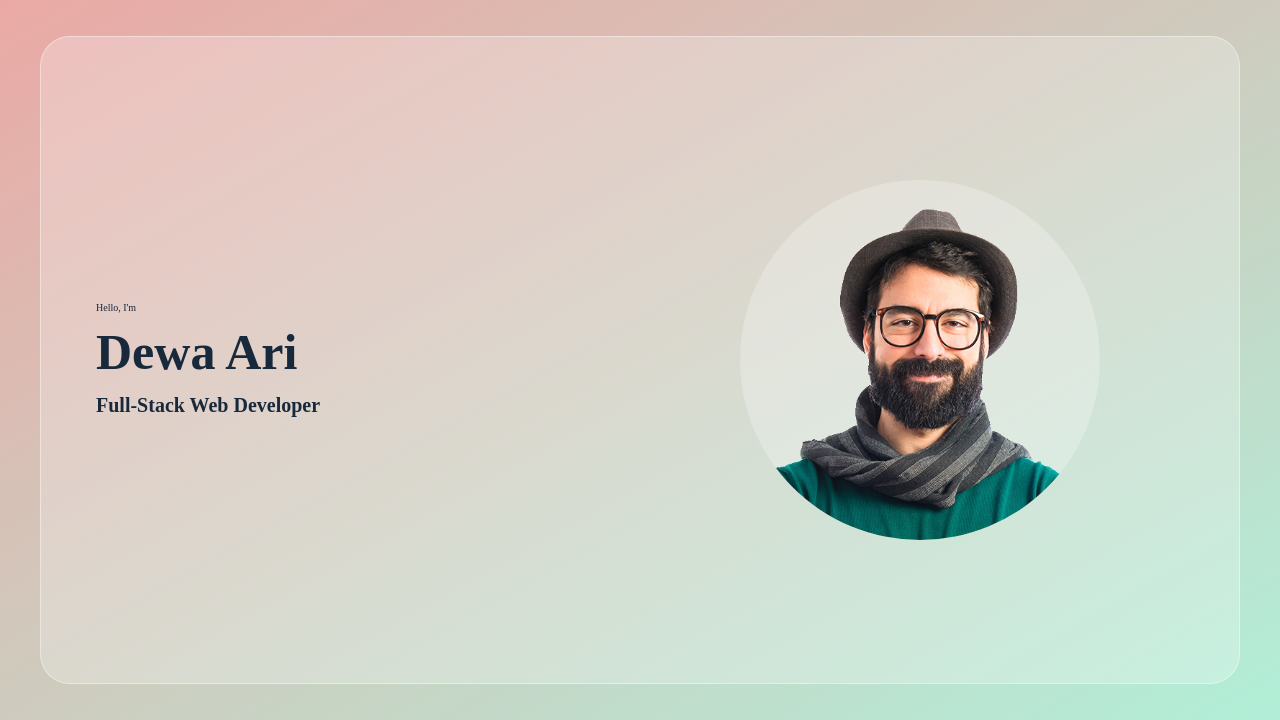
Repository: dewaary/Glassmorp-me
Page: index.html
These files come from the project's save history. The page is drawn as it stood at one moment and after the next save; the edit follows.
The browser window is 1280 px wide. The pictures show the whole page.

Above is the page before, as saved 2021-05-12 22:20:05.

After the next save:
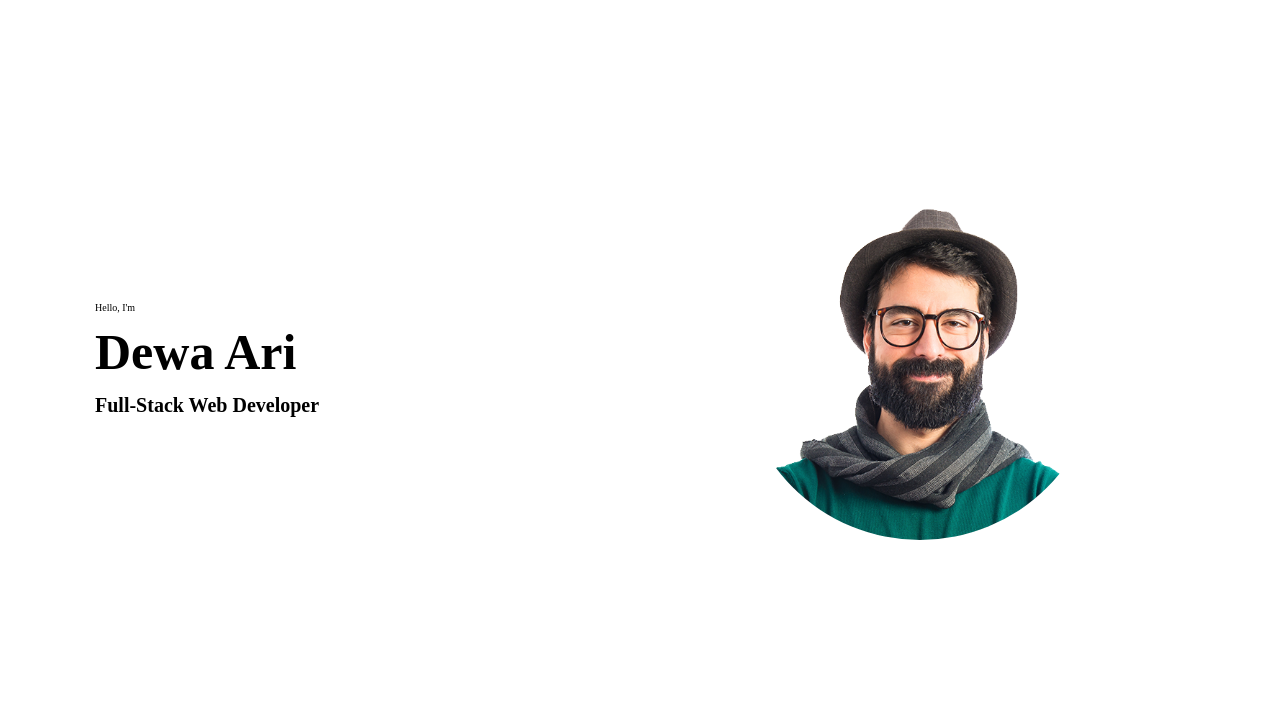
Saved 116 s later.
--- a/style.css
+++ b/style.css
@@ -1,6 +1,8 @@
 
 /* Fonts */
+@import url('https://fonts.googleapis.com/css2?family=Poppins:wght@300;400;500;600;700&display=swap');
 
+font-family: 'Poppins', sans-serif;
 
 
 

After the save that followed:
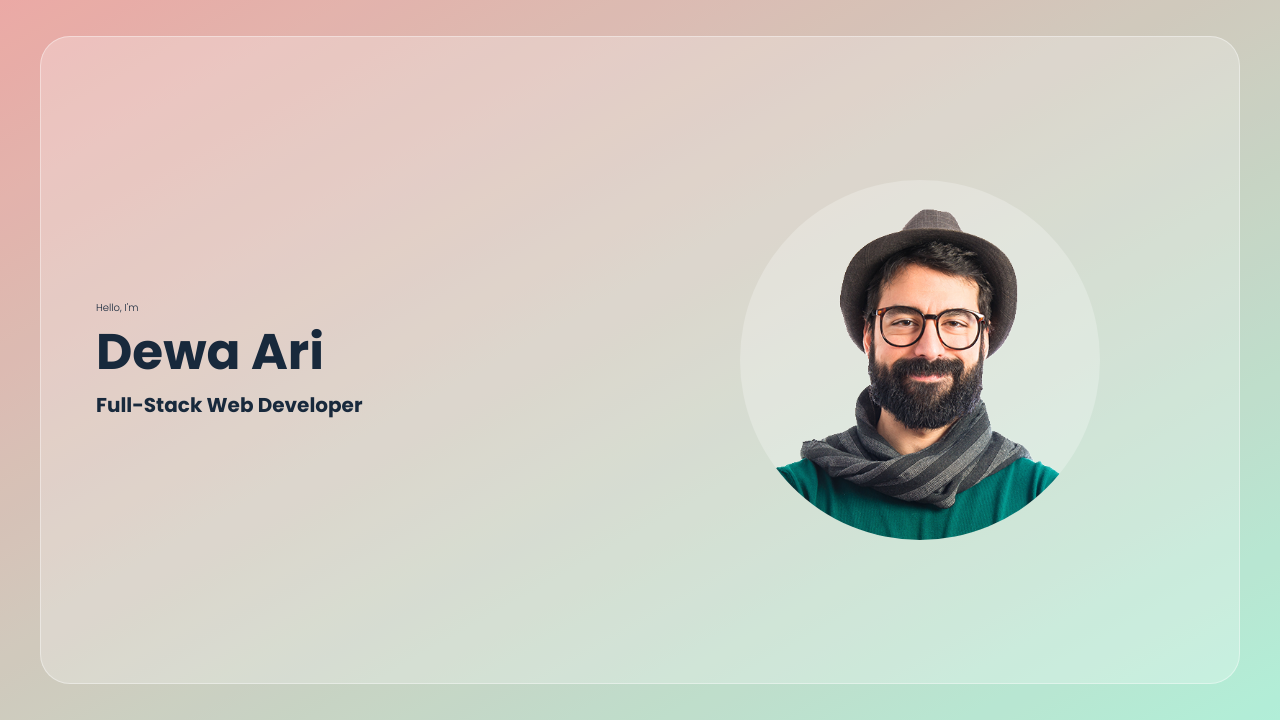
Saved 41 s later.
--- a/style.css
+++ b/style.css
@@ -2,7 +2,6 @@
 /* Fonts */
 @import url('https://fonts.googleapis.com/css2?family=Poppins:wght@300;400;500;600;700&display=swap');
 
-font-family: 'Poppins', sans-serif;
 
 
 
@@ -40,6 +39,8 @@ body {
     min-height: 100vh;
     background-image: linear-gradient(to bottom right, var(--pink-light), var(--cyan-light));
     font-size: 16px;
+    font-family: 'Poppins', sans-serif;
+    font-weight: 300;
     color: var(--blue-dark);
     line-height: 1.5;
     overflow-x: hidden;
